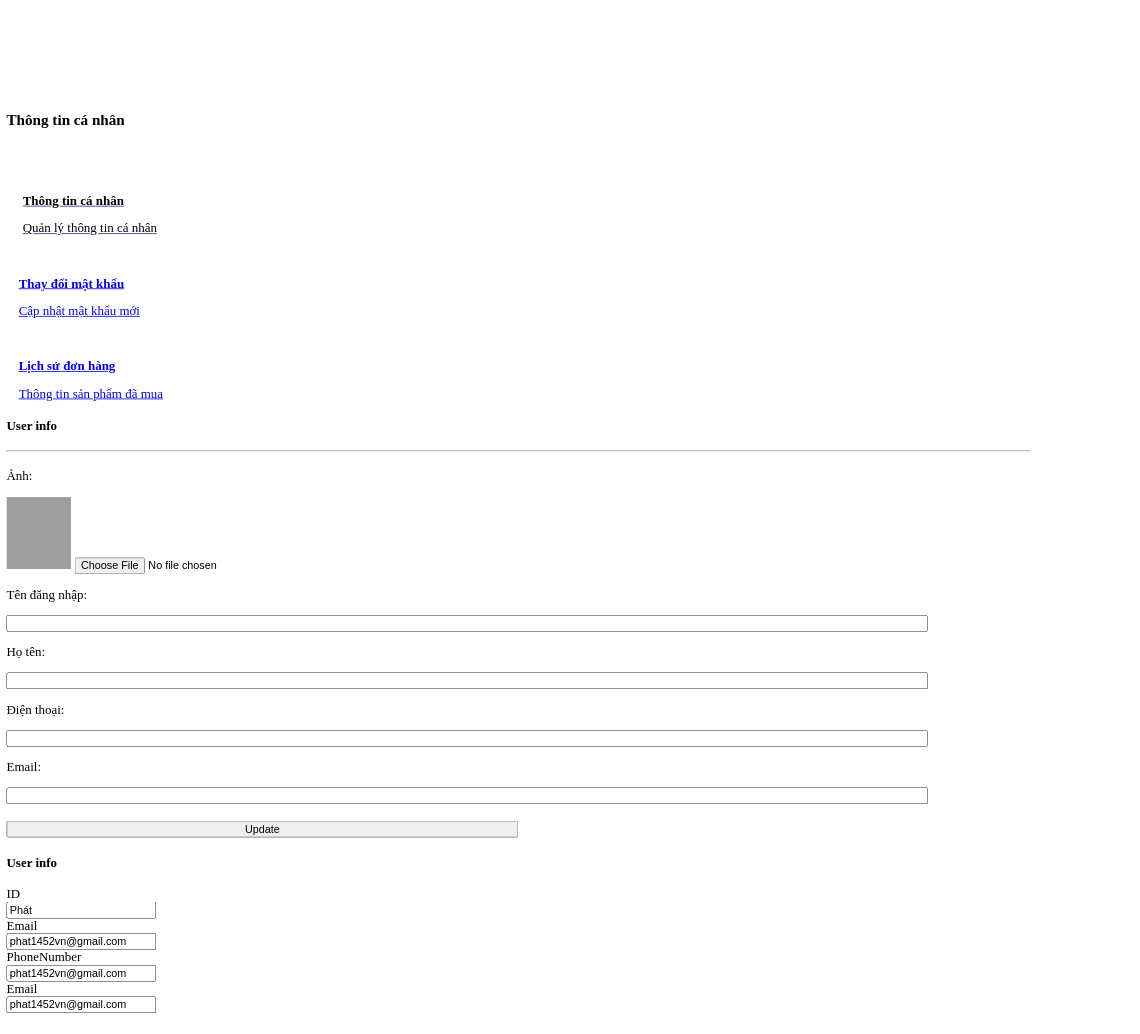
Repository: nguyengiabao245/NHOM3_C2
Page: http://localhost/DoAnJava/WEB-INF/views/account/edit.jsp
An editor plug-in stored every save of this project. The page is shown before and after the next save, followed by the edit.
The browser window is 1280 px wide. The page is 1408 px wide, so the pictures cover 1408 px, including what lies to the right of the window. The pictures show the whole page, at 81% of full size.
Pictures or frames that could not be fetched are drawn as grey boxes. The page is served by Tomcat 9. Nobody is signed in. The template is opened directly, without the code that normally fills it, so the values that code supplies are empty.

Above is the page before, as saved 2022-05-16 05:53:17.

After the next save:
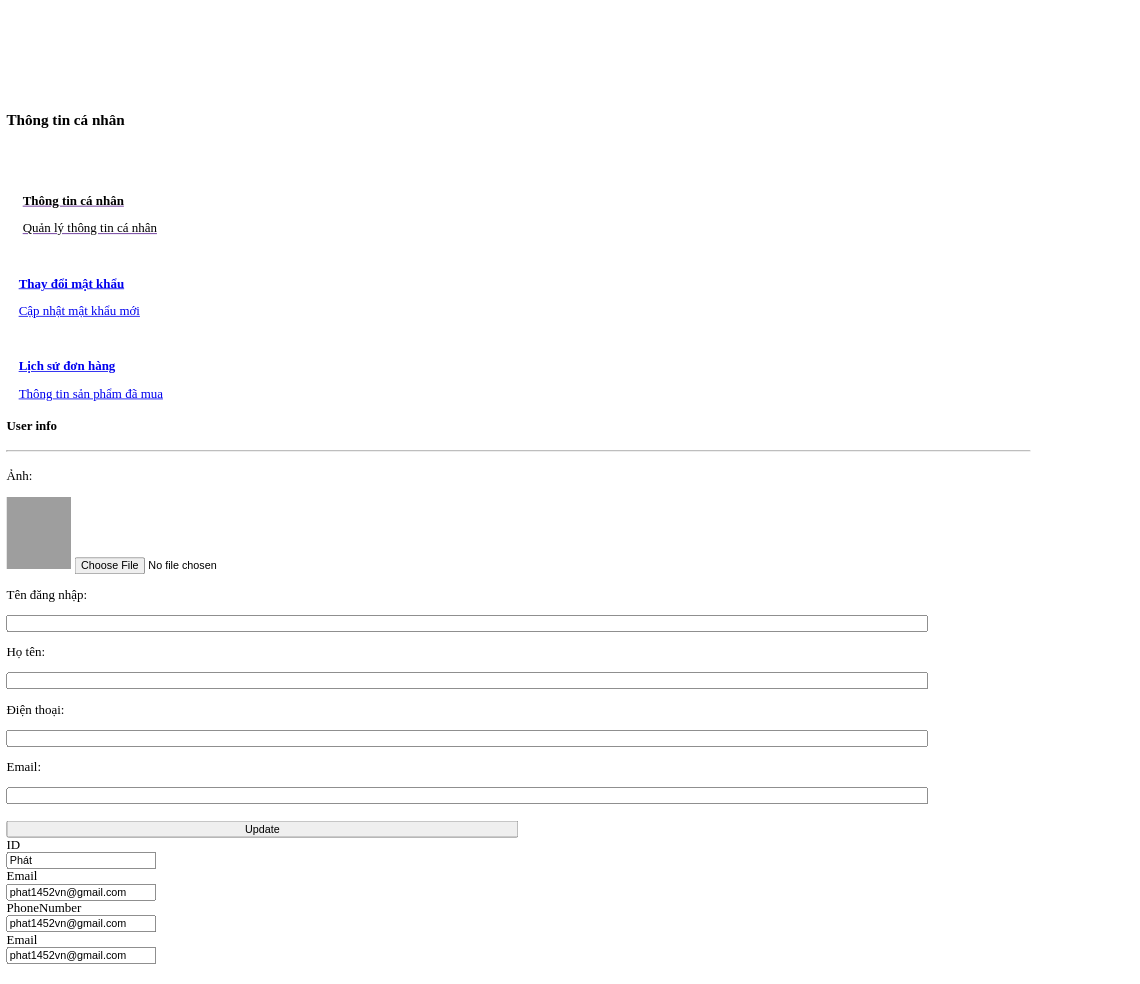
Saved 31 s later.
--- a/DoAnJava/src/main/webapp/WEB-INF/views/account/edit.jsp
+++ b/DoAnJava/src/main/webapp/WEB-INF/views/account/edit.jsp
@@ -141,10 +141,7 @@
 							</div>
 						</div>
 
-						 <div class="panel panel-default">
-                            <div class="panel-heading">
-                                <h4 class="panel-title">User info</h4>
-                            </div>
+
                             <div class="panel-body">
                                 <div class="form-group">
                                     <label class="col-sm-2 control-label">ID</label>
@@ -170,8 +167,7 @@
                                         <input name="email" type="text" class="form-control" value="phat1452vn@gmail.com">
                                     </div>
                                 </div>
-                            </div>
-                        </div>
+
 					</form:form>
 				</div>
 			</div>
